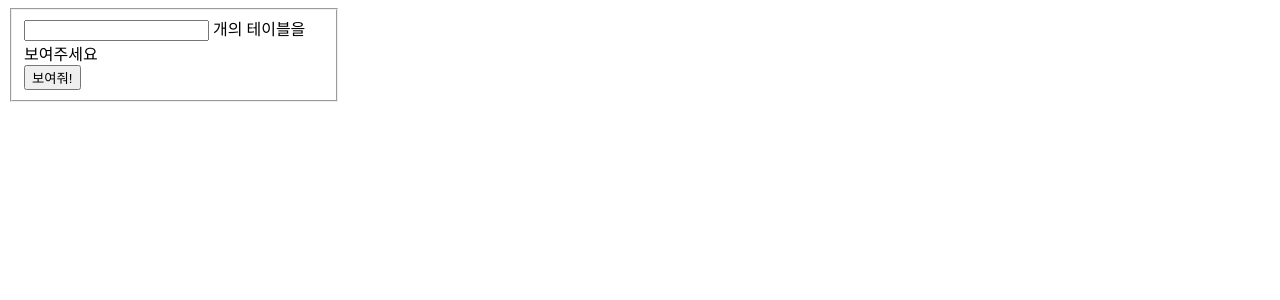
Repository: hus0124/M-IT
Page: JSP_Workspaces/Test2/WebContent/count_table.html
These files come from the project's save history. The page is drawn as it stood at one moment and after the next save; the edit follows.
The browser window is 1280 px wide. The pictures show the whole page.

Above is the page before, as saved 2019-12-31 07:47:13.

### JSP_Workspaces/Test2/WebContent/count_table.html
<!DOCTYPE html>
<html>
<head>
<meta charset="EUC-KR">
<title>Insert title here</title>
</head>
<body>
<form action = "table.jsp">
	<fieldset style = "width:300px">
	<input type="text" name = "num">&nbsp;개의 테이블을 보여주세요<br>
	<input type="submit" value = "보여줘!">
	</fieldset>
</form>
</body>
</html>

After the next save:
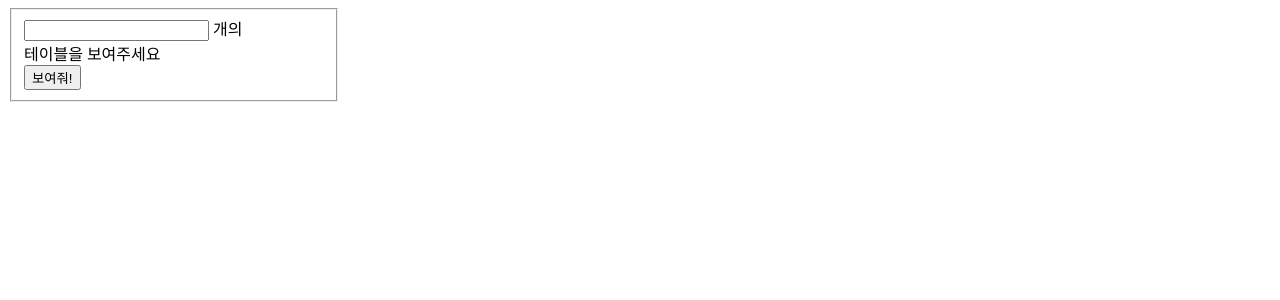
Saved 21 s later.
--- a/JSP_Workspaces/Test2/WebContent/count_table.html
+++ b/JSP_Workspaces/Test2/WebContent/count_table.html
@@ -7,7 +7,8 @@
 <body>
 <form action = "table.jsp">
 	<fieldset style = "width:300px">
-	<input type="text" name = "num">&nbsp;개의 테이블을 보여주세요<br>
+	<input type="text" name = "num">&nbsp;개의<br>
+	테이블을 보여주세요<br>
 	<input type="submit" value = "보여줘!">
 	</fieldset>
 </form>
